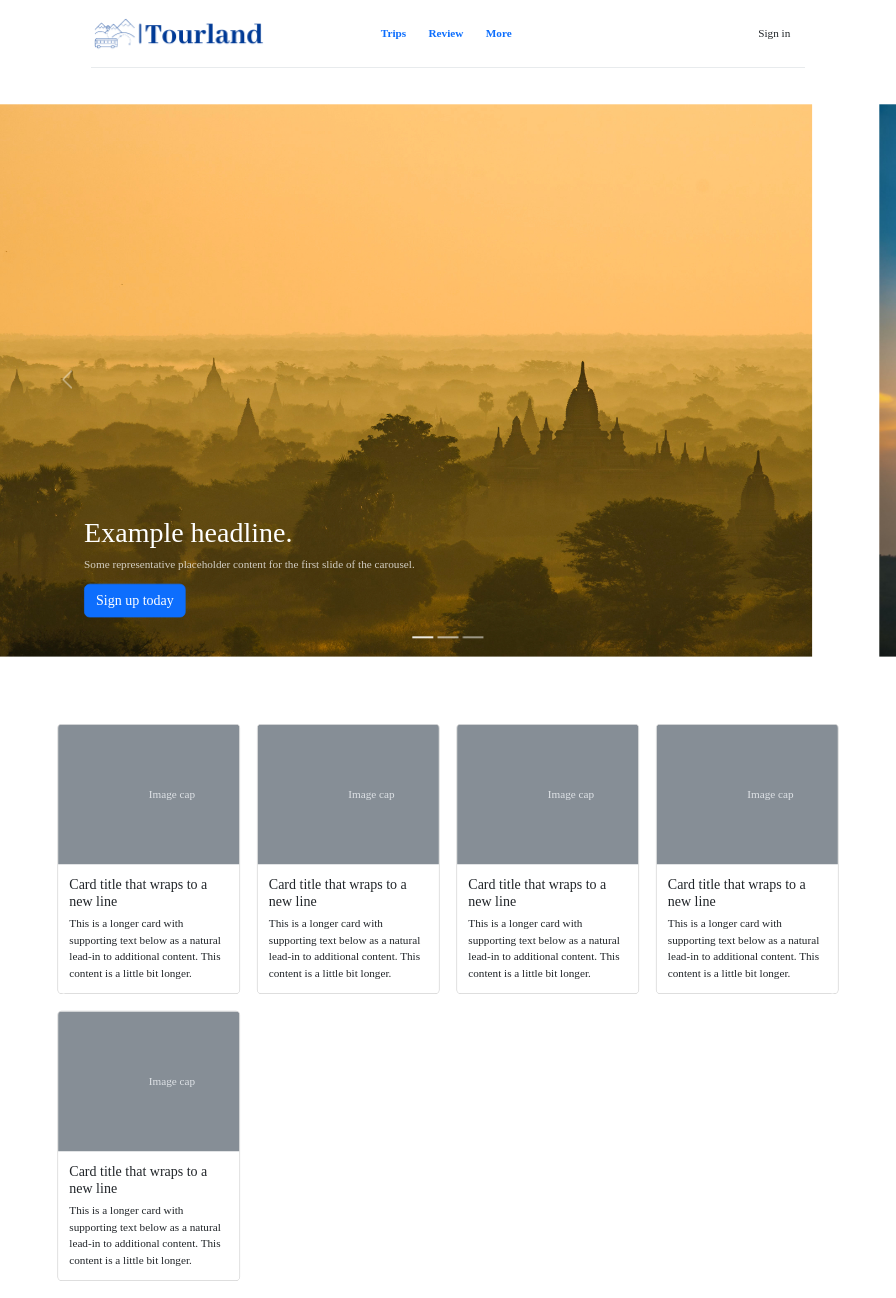
Repository: nyeinsu4520/tourland
Page: http://localhost/index
The author's editor kept a copy of each file at every save. The page is drawn from the files as they stood at one save, then again after the next save.
The browser window is 1280 px wide. The pictures show the whole page, at 70% of full size.
Some web fonts or font styles are not loaded; a fallback is used. The page is this project's Thymeleaf template; nobody is signed in. The template is opened directly, without the code that normally fills it, so the values that code supplies are empty.

Above is the page before, as saved 2024-05-31 17:21:26.

After the next save:
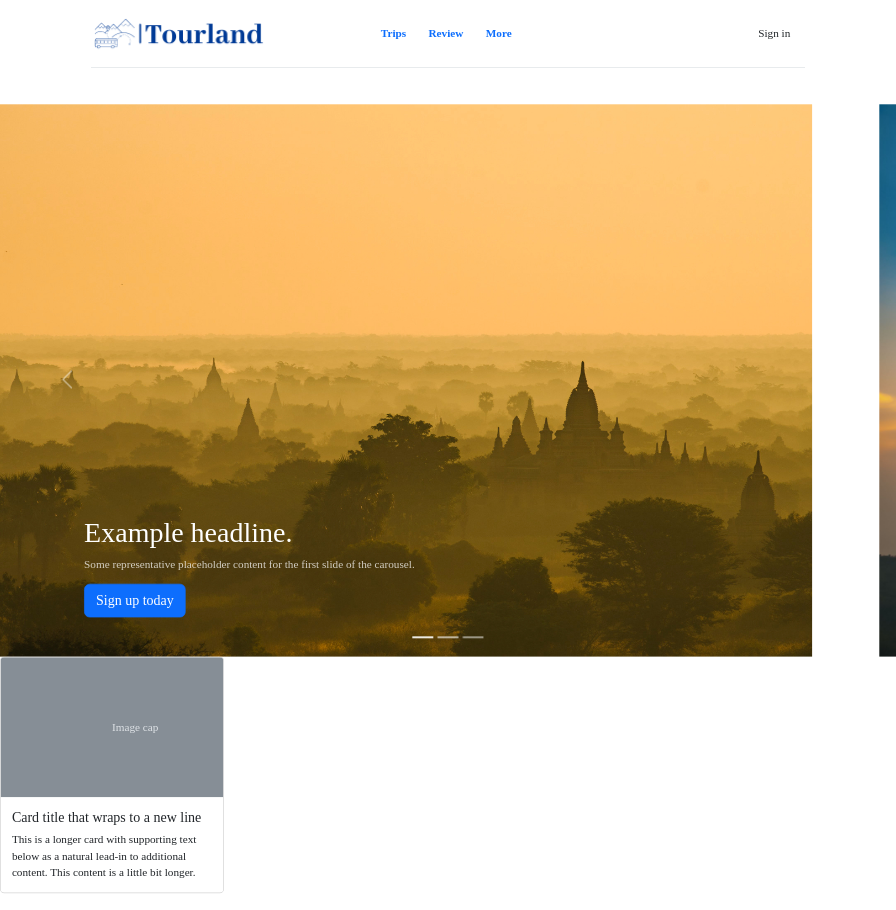
Saved 13 s later.
--- a/Tourland/src/main/resources/templates/index.html
+++ b/Tourland/src/main/resources/templates/index.html
@@ -126,12 +126,7 @@
       </button>
     </div>
 
-	<div id="cardCarousel" class="carousel slide mt-5 pt-5" data-bs-ride="carousel">
-    <div class="carousel-inner">
-        <div class="carousel-item active">
-            <div class="container">
-                <div class="row">
-                    <div class="col-sm-6 col-md-4 col-lg-3 mb-4">
+	<div class="col-sm-6 col-md-4 col-lg-3 mb-4">
                         <div class="card">
                             <svg class="bd-placeholder-img card-img-top" width="100%" height="200" xmlns="http://www.w3.org/2000/svg" role="img" aria-label="Placeholder: Image cap" preserveAspectRatio="xMidYMid slice" focusable="false"><title>Placeholder</title><rect width="100%" height="100%" fill="#868e96"/><text x="50%" y="50%" fill="#dee2e6" dy=".3em">Image cap</text></svg>
                             <div class="card-body">
@@ -140,56 +135,6 @@
                             </div>
                         </div>
                     </div>
-                    <div class="col-sm-6 col-md-4 col-lg-3 mb-4">
-                        <div class="card">
-                            <svg class="bd-placeholder-img card-img-top" width="100%" height="200" xmlns="http://www.w3.org/2000/svg" role="img" aria-label="Placeholder: Image cap" preserveAspectRatio="xMidYMid slice" focusable="false"><title>Placeholder</title><rect width="100%" height="100%" fill="#868e96"/><text x="50%" y="50%" fill="#dee2e6" dy=".3em">Image cap</text></svg>
-                            <div class="card-body">
-                                <h5 class="card-title">Card title that wraps to a new line</h5>
-                                <p class="card-text">This is a longer card with supporting text below as a natural lead-in to additional content. This content is a little bit longer.</p>
-                            </div>
-                        </div>
-                    </div>
-                    <div class="col-sm-6 col-md-4 col-lg-3 mb-4">
-                        <div class="card">
-                            <svg class="bd-placeholder-img card-img-top" width="100%" height="200" xmlns="http://www.w3.org/2000/svg" role="img" aria-label="Placeholder: Image cap" preserveAspectRatio="xMidYMid slice" focusable="false"><title>Placeholder</title><rect width="100%" height="100%" fill="#868e96"/><text x="50%" y="50%" fill="#dee2e6" dy=".3em">Image cap</text></svg>
-                            <div class="card-body">
-                                <h5 class="card-title">Card title that wraps to a new line</h5>
-                                <p class="card-text">This is a longer card with supporting text below as a natural lead-in to additional content. This content is a little bit longer.</p>
-                            </div>
-                        </div>
-                    </div>
-                    <div class="col-sm-6 col-md-4 col-lg-3 mb-4">
-                        <div class="card">
-                            <svg class="bd-placeholder-img card-img-top" width="100%" height="200" xmlns="http://www.w3.org/2000/svg" role="img" aria-label="Placeholder: Image cap" preserveAspectRatio="xMidYMid slice" focusable="false"><title>Placeholder</title><rect width="100%" height="100%" fill="#868e96"/><text x="50%" y="50%" fill="#dee2e6" dy=".3em">Image cap</text></svg>
-                            <div class="card-body">
-                                <h5 class="card-title">Card title that wraps to a new line</h5>
-                                <p class="card-text">This is a longer card with supporting text below as a natural lead-in to additional content. This content is a little bit longer.</p>
-                            </div>
-                        </div>
-                    </div>
-                    <div class="col-sm-6 col-md-4 col-lg-3 mb-4">
-                        <div class="card">
-                            <svg class="bd-placeholder-img card-img-top" width="100%" height="200" xmlns="http://www.w3.org/2000/svg" role="img" aria-label="Placeholder: Image cap" preserveAspectRatio="xMidYMid slice" focusable="false"><title>Placeholder</title><rect width="100%" height="100%" fill="#868e96"/><text x="50%" y="50%" fill="#dee2e6" dy=".3em">Image cap</text></svg>
-                            <div class="card-body">
-                                <h5 class="card-title">Card title that wraps to a new line</h5>
-                                <p class="card-text">This is a longer card with supporting text below as a natural lead-in to additional content. This content is a little bit longer.</p>
-                            </div>
-                        </div>
-                    </div>
-                </div>
-            </div>
-        </div>
-        <!-- Add more carousel-item divs if needed -->
-    </div>
-    <button class="carousel-control-prev" type="button" data-bs-target="#cardCarousel" data-bs-slide="prev">
-        <span class="carousel-control-prev-icon" aria-hidden="true"></span>
-        <span class="visually-hidden">Previous</span>
-    </button>
-    <button class="carousel-control-next" type="button" data-bs-target="#cardCarousel" data-bs-slide="next">
-        <span class="carousel-control-next-icon" aria-hidden="true"></span>
-        <span class="visually-hidden">Next</span>
-    </button>
-</div>
 
 
 
